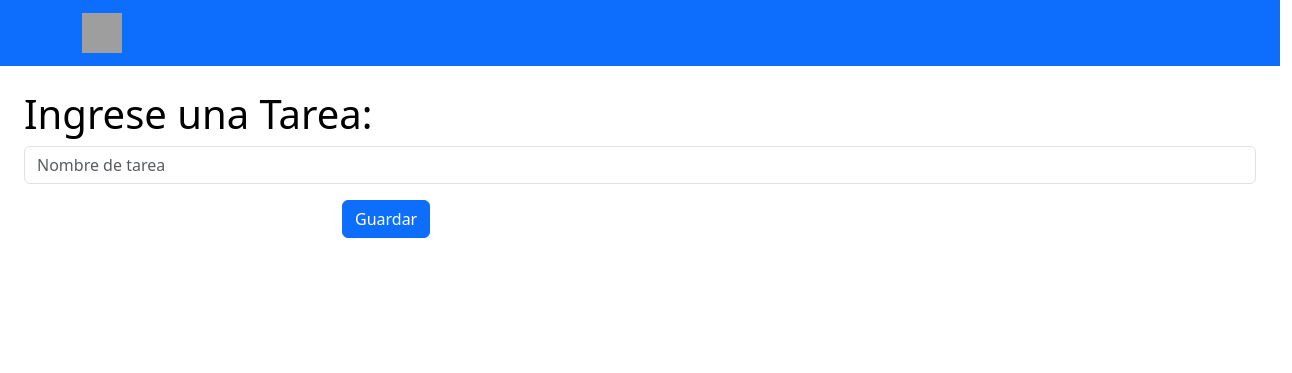
Repository: mgarrido0gb/registroTareas
Page: http://localhost/Tareas/Home
The author's editor kept a copy of each file at every save. The page is drawn from the files as they stood at one save, then again after the next save.
The browser window is 1280 px wide. The page is 1292 px wide, so the pictures cover 1292 px, including what lies to the right of the window. The pictures show the whole page.
Pictures or frames that could not be fetched are drawn as grey boxes. The page is served by Tomcat 10. Other server files are loaded and not shown. Queries for data that is not in the repository find no rows.

Above is the page before, as saved 2024-05-21 16:45:58.

### Tareas/src/main/webapp/WEB-INF/home.jsp
<%@page import="models.Categoria"%>
<%@page import="models.Tarea"%>
<%@ page language="java" contentType="text/html; charset=ISO-8859-1"
    pageEncoding="ISO-8859-1" import="java.util.ArrayList" import="models.Tarea" import="models.Categoria"%>
<!doctype html>
<html lang="en">
  <head>
    <meta charset="utf-8">
    <meta name="viewport" content="width=device-width, initial-scale=1">
    <title>Registro Tareas</title>
    <link href="https://cdn.jsdelivr.net/npm/bootstrap@5.3.3/dist/css/bootstrap.min.css" rel="stylesheet" integrity="sha384-QWTKZyjpPEjISv5WaRU9OFeRpok6YctnYmDr5pNlyT2bRjXh0JMhjY6hW+ALEwIH" crossorigin="anonymous">
    <style type="text/css">
    	body{
    		background-color: white;
    		color: black;
    	}

    	li{
    		color: black;
    	}

    	.logotipo{
    		width: 30px;
    		height: 30px;
    	}






    </style>

  </head>
  <body>
  	<nav class="navbar bg-primary" id="nav">
  		<div class="container">
    		<a class="navbar-brand" href="#">
      			<img src="https://cdn-icons-png.flaticon.com/512/181/181627.png"  width="40" height="40">
    		</a>
  		</div>
	</nav>

    <div class="row">
    	<div class="col-3 offset-3 d-block m-auto m-0 col-sm">
    		<form action="/Tareas/Home" method="post">
    			<div class="p-4">
    				<h1>Ingrese una Tarea: </h1>

    				<div class="text-center ">
    					<input class="form-control" placeholder="Nombre de tarea" name="texto" type="text" required>
    				</div>
    			<div>
    			<div class="row">
    				<div class="col-3 offset-3 p-3">
    					<input type="submit" value="Guardar" class="btn btn-primary">
    				</div>

    			</div>
    		</div>

    	</form>

    </div>


    </div>
   <div class="row">
   		<div class="col-3 offset-2 d-block m-auto m-0 p-3">
   			 <%
    			ArrayList<Tarea> tareas = (ArrayList<Tarea>)request.getAttribute("tareas");
    		%>

    			<% for (Tarea t: tareas) { %>
    				<ul class="list-group">
    					<li <% if (t.completada == true){ %>class="text-decoration-line-through text-danger"<% } %> class="list-group-item">
    		 				<%=t.texto %> (creada en: <%=t.fecha %>)
    		 				<a href="/Tareas/CheckearTarea?id=<%=t.id%>"><img src="https://img.icons8.com/?size=48&id=sz8cPVwzLrMP&format=png" class="logotipo"></img></a>
    		 				<a href="/Tareas/GestionTarea?id=<%=t.id%>"><img src="https://img.icons8.com/?size=48&id=pre7LivdxKxJ&format=png" class="logotipo"></img></a>
    					</li>
    				<br>
    			<%}%>
    		</ul>

   		</div>
   </div>
    <script src="https://cdn.jsdelivr.net/npm/bootstrap@5.3.3/dist/js/bootstrap.bundle.min.js" integrity="sha384-YvpcrYf0tY3lHB60NNkmXc5s9fDVZLESaAA55NDzOxhy9GkcIdslK1eN7N6jIeHz" crossorigin="anonymous"></script>
  </body>
</html>

### Tareas/src/main/java/servlets/Home.java
package servlets;

import jakarta.servlet.RequestDispatcher;
import jakarta.servlet.ServletException;
import jakarta.servlet.annotation.WebServlet;
import jakarta.servlet.http.HttpServlet;
import jakarta.servlet.http.HttpServletRequest;
import jakarta.servlet.http.HttpServletResponse;
import models.Categoria;
import models.Tarea;

import java.io.IOException;
import java.sql.SQLException;
import java.util.ArrayList;

import daos.CategoriaDao;
import daos.TareaDao;


/**
 * Servlet implementation class Home
 */
public class Home extends HttpServlet {
	private static final long serialVersionUID = 1L;

    /**
     * Default constructor.
     */
    public Home() {
        // TODO Auto-generated constructor stub
    }

	/**
	 * @throws IOException
	 * @throws ServletException
	 * @see HttpServlet#doGet(HttpServletRequest request, HttpServletResponse response)
	 */
	protected void doGet(HttpServletRequest request, HttpServletResponse response) throws ServletException, IOException  {
		// TODO Auto-generated method stub
		try {
			ArrayList<Tarea> tareas = TareaDao.getAll();
			System.out.println(tareas);
			request.setAttribute("tareas", tareas);

			ArrayList<Categoria> cats = CategoriaDao.getAll();
			request.setAttribute("cats", cats);
		} catch(SQLException e) {
			System.out.println(e);
		}


		// 2. Cargamos el JSP
		RequestDispatcher vista = request.getRequestDispatcher("WEB-INF/home.jsp");
		vista.forward(request, response);
	}

	/**
	 * @see HttpServlet#doPost(HttpServletRequest request, HttpServletResponse response)
	 */
	protected void doPost(HttpServletRequest request, HttpServletResponse response) throws ServletException, IOException {
		// TODO Auto-generated method stub
		String textoNuevaTarea = request.getParameter("texto");
		try {
			TareaDao.addNew(textoNuevaTarea);

		} catch (SQLException e) {
			// TODO Auto-generated catch block
			e.printStackTrace();
		}


		response.sendRedirect("/Tareas/Home");
	}

}

### Tareas/src/main/java/daos/TareaDao.java
package daos;

import java.sql.Connection;
import java.sql.PreparedStatement;
import java.sql.ResultSet;
import java.sql.SQLException;
import java.sql.Statement;
import java.util.ArrayList;

import models.Categoria;
import models.MyConn;
import models.Tarea;

public class TareaDao {

	static public void addNew(String textoNuevaTarea) throws SQLException {
		//1.-  nueva conexion
		Connection conn = MyConn.getConnection();
		//2.- consulta
		PreparedStatement consulta =conn.prepareStatement("INSERT INTO TAREAS (texto) values(?)");
		consulta.setString(1, textoNuevaTarea);
		consulta.execute();
	}

	static public void deleteById (int idTarea) throws SQLException {
		// 1. Pedimos una conexion nueva
		Connection conn = MyConn.getConnection();
		// 2. Creamos la consulta
		PreparedStatement stmt = conn.prepareStatement(
			"delete from tareas where id=?"
		);
		stmt.setInt(1, idTarea);
		// 3. Ejecutar la stmt
		stmt.executeUpdate();
	  }

	static public void checkById (int idTarea) throws SQLException {
		// 1. Pedimos una conexion nueva
		Connection conn = MyConn.getConnection();
		// 2. Creamos la consulta
		PreparedStatement stmt = conn.prepareStatement(
			"update tareas set completada = true where id = ?"
		);
		stmt.setInt(1, idTarea);
		// 3. Ejecutar la stmt
		stmt.executeUpdate();
	  }





	static public ArrayList<String> get_textos () throws SQLException {
		// 1. Creamos un ArrayList vacío
		ArrayList<String> textos = new ArrayList<String>();
		// 2. Pedimos una conección nueva
		Connection conn = MyConn.getConnection();
		// 3. Creamos y ejecutamos la consulta
		Statement consulta = conn.createStatement();
		ResultSet respuesta = consulta.executeQuery("select * from tareas");

		// 4. Vamos llenando el ArrayList con lo que tenga la respuesta
		while (respuesta.next()) {
		  textos.add( respuesta.getString("texto") );
		}
		// 5. Retornamos el ArrayList, ahora lleno
		return textos;
	  }



	static public ArrayList<Tarea> getAll () throws SQLException {
		// 1. Creamos un ArrayList vacío
		ArrayList<Tarea> tareas = new ArrayList<Tarea>();
		// 2. Pedimos una conección nueva
		Connection conn = MyConn.getConnection();
		// 3. Creamos y ejecutamos la consulta
		Statement consulta = conn.createStatement();
		ResultSet respuesta = consulta.executeQuery("select * from tareas");

		// 4. Vamos llenando el ArrayList con lo que tenga la respuesta
		while (respuesta.next()) {
			Tarea t = new Tarea(
					respuesta.getInt("id"),
					respuesta.getString("texto"),
					respuesta.getBoolean("completada"),
					respuesta.getDate("fecha")

			);
		  tareas.add(t);
		}
		return tareas;
	  }
}

### Tareas/src/main/java/models/MyConn.java
package models;

import java.sql.Connection;
import java.sql.DriverManager;
import java.sql.SQLException;

public class MyConn {
	static final String URL = "jdbc:postgresql://localhost/ejemplo_dao";
	static final String USER = "postgres";
	static final String PASSWORD = "12345";
	static final String DRIVER = "org.postgresql.Driver";

	static public Connection conn = null;

    static public Connection getConnection () {
      if (conn != null) {
        return conn;
      }
      try {
    	Class.forName(DRIVER);
    	conn = (Connection) DriverManager.getConnection(URL, USER, PASSWORD);
      }
      catch (ClassNotFoundException | SQLException e) {
    	e.printStackTrace();
      }
      return conn;
    }
}

### Tareas/src/main/java/daos/CategoriaDao.java
package daos;

import java.sql.Connection;
import java.sql.ResultSet;
import java.sql.SQLException;
import java.sql.Statement;
import java.util.ArrayList;

import models.Categoria;
import models.MyConn;


public class CategoriaDao {
	static public ArrayList<Categoria> getAll () throws SQLException {
		// 1. Creamos un ArrayList vacío
		ArrayList<Categoria> categorias = new ArrayList<Categoria>();
		// 2. Pedimos una conección nueva
		Connection conn = MyConn.getConnection();
		// 3. Creamos y ejecutamos la consulta
		Statement consulta = conn.createStatement();
		ResultSet respuesta = consulta.executeQuery("select * from categoria order by id");

		// 4. Vamos llenando el ArrayList con lo que tenga la respuesta
		while (respuesta.next()) {
			Categoria c = new Categoria(
					respuesta.getInt("id"),
					respuesta.getString("nombre")

			);
		  categorias.add(c);
		}
		return categorias;
	  }
}

After the next save:
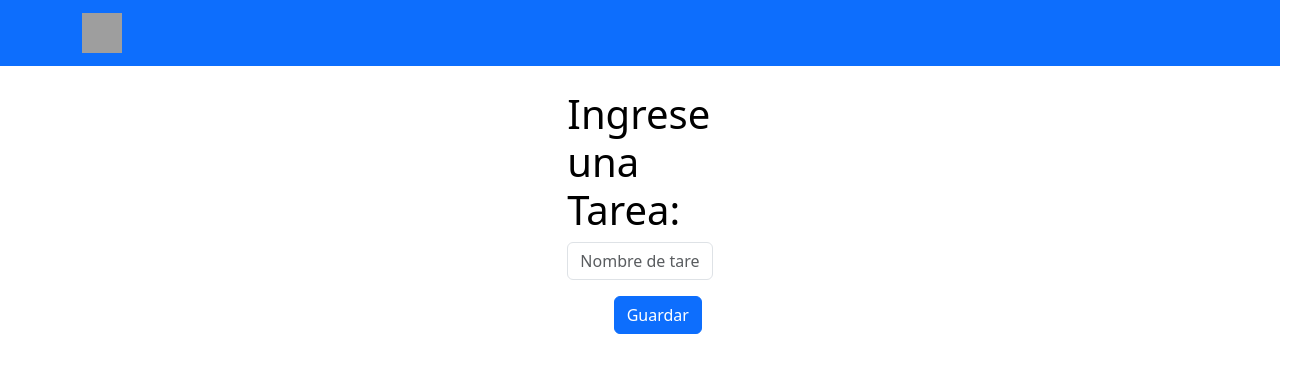
Saved 20 s later.
--- a/Tareas/src/main/webapp/WEB-INF/home.jsp
+++ b/Tareas/src/main/webapp/WEB-INF/home.jsp
@@ -42,7 +42,7 @@
 	</nav>
 
     <div class="row">
-    	<div class="col-3 offset-3 d-block m-auto m-0 col-sm">
+    	<div class="col-3 offset-3 d-block m-auto m-0 col-sm-2">
     		<form action="/Tareas/Home" method="post">
     			<div class="p-4">
     				<h1>Ingrese una Tarea: </h1>
